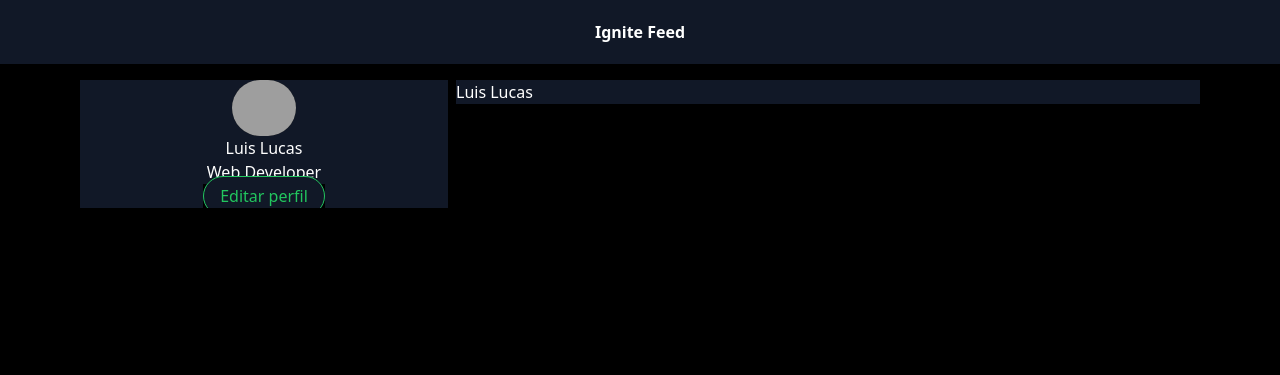
Repository: LuisSempre/ignite-feed
Page: /
An editor plug-in stored every save of this project. The page is shown before and after the next save, followed by the edit.
The browser window is 1280 px wide. The pictures show the whole page.
Pictures or frames that could not be fetched are drawn as grey boxes. The project was rebuilt for these pictures with package versions that can differ from the ones it lists, and the page was loaded fresh each time. Also part of the build but not shown: vite.config.js.

Above is the page before, as saved 2022-07-13 21:36:55.

### src/App.jsx
import { Header } from "./Components/Header"
import { Sidebar } from "./Components/Sidebar"
function App() {
  return (
    <div>
      <Header />
      <div className="max-w-6xl mx-auto p-4 grid grid-cols-3 gap-2 items-start">
        <Sidebar />
        <div className="bg-gray-900 col-span-2">
          Luis Lucas
        </div>
      </div>
    </div>
  );
}

export default App;

### src/index.css
@tailwind base;
@tailwind components;
@tailwind utilities;

* {
    @apply bg-black text-white;
}

h1, span, a {
    @apply bg-gray-900
}

### src/Components/Header.jsx
export function Header() {
  return (
    <div className="flex max-w-7xl items-center justify-center h-16 bg-gray-900">
      <h1 className="font-bold bg-gray-900">Ignite Feed</h1>
    </div>
  )
}

### src/Components/Sidebar.jsx
export function Sidebar() {
  return (
    <div className="bg-gray-900 justify-center items-center flex flex-col text-center overflow-hidden object-cover h-32">
      <img
        className="w-16 h-16 rounded-full"
        src="https://avatars.githubusercontent.com/u/32404639?v=4"
        alt=""
      />
      <h1>Luis Lucas</h1>
      <span>Web Developer</span>
      <div>
        <a href="" className="border border-green-500 px-4 py-2 rounded-full text-green-500">
            Editar perfil
        </a>
      </div>
    </div>
  );
}

Loaded but not shown: index.html (common file); src/main.jsx (common file); tailwind.config.js (common file)

After the next save:
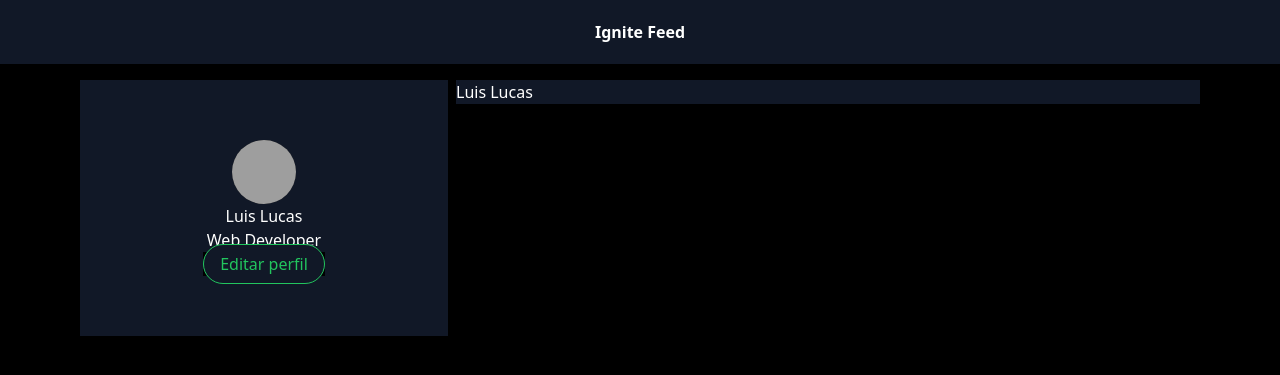
Saved 5 s later.
--- a/src/Components/Sidebar.jsx
+++ b/src/Components/Sidebar.jsx
@@ -1,6 +1,6 @@
 export function Sidebar() {
   return (
-    <div className="bg-gray-900 justify-center items-center flex flex-col text-center overflow-hidden object-cover h-32">
+    <div className="bg-gray-900 justify-center items-center flex flex-col text-center overflow-hidden object-cover h-64">
       <img
         className="w-16 h-16 rounded-full"
         src="https://avatars.githubusercontent.com/u/32404639?v=4"
